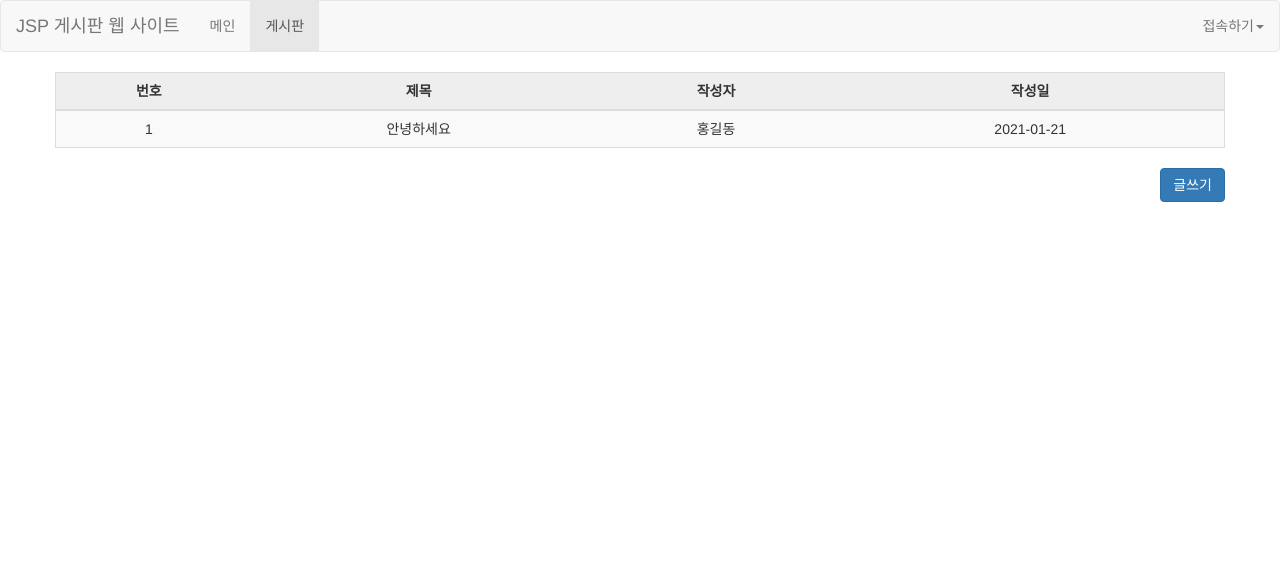
Repository: JoYuKang/Clone_Code
Page: http://localhost/BBS/view.jsp
The author's editor kept a copy of each file at every save. The page is drawn from the files as they stood at one save, then again after the next save.
The browser window is 1280 px wide. The pictures show the whole page.
Some web libraries are served in a nearby version. The page is served by Tomcat 9. Other server files are loaded and not shown.

Above is the page before, as saved 2021-01-22 04:28:40.

### 게시판/project/BBS/WebContent/view.jsp
<%@ page language="java" contentType="text/html; charset=UTF-8"
	pageEncoding="UTF-8"%>
<%@ page import = "java.io.PrintWriter" %>
<!DOCTYPE html>
<html>
<head>
<meta http-equiv="Cotent-type" content="text/html" ; charset="UTF-8">
<meta name="viewport" content="width=device-width" , initial-scale="1">
<link rel="stylesheet" href="css/bootstrap.css">
<title>JSP 웹 게시판</title>
</head>
<body>
	<%
		String userID= null;
			if(session.getAttribute("userID")!=null){
				userID= (String) session.getAttribute("userID");
			}
	%>
	<nav class="navbar navbar-default">
		<div class="navbar-header">
			<button type="button" class="navbar-toggle collapsed"
				data-toggle="collapse" data-target="#bs-example-navbar-collapse-1"
				aria-expanded="false">
				<span class="icon-bar"></span> <span class="icon-bar"></span> <span
					class="icon-bar"></span>
			</button>
			<a class="navbar-brand" href="main.jsp">JSP 게시판 웹 사이트</a>
		</div>
		<div class="collapse navbar-collapse"
			id="bs-example-navbar-collapse-1">
			<ul class="nav navbar-nav">
				<li><a href="main.jsp">메인</a></li>
				<li class="active"><a href="bbs.jsp">게시판</a></li>
			</ul>
			<%
				if(userID==null){
			%>
			<ul class="nav navbar-nav navbar-right">
				<li class="dropdown"><a href="#" class="dropdown-toggle"
					data-toggle="dropdown" role="button" aria-haspopup="true"
					aria-expanded="false">접속하기<span class="caret"></span></a>
					<ul class="dropdown-menu">
						<li><a href="login.jsp">로그인</a></li>
						<li><a href="join.jsp">회원가입</a></li>
					</ul></li>
			</ul>
			<%
				}else{
				%>
				<ul class="nav navbar-nav navbar-right">
				<li class="dropdown"><a href="#" class="dropdown-toggle"
					data-toggle="dropdown" role="button" aria-haspopup="true"
					aria-expanded="false">회원관리<span class="caret"></span></a>
					<ul class="dropdown-menu">
						<li><a href="logoutAction.jsp">로그아웃</a></li>
					</ul></li>
			</ul>
				<%
				}
			%>


		</div>
	</nav>
	<div class="container">
		<div class="row">
			<table class = "table table-striped" style="text-align:center; border: 1px solid #dddddd">
				<thead>
					<tr>
						<th style="background-color: #eeeeee; text-align:center;">번호</th>
						<th style="background-color: #eeeeee; text-align:center;">제목</th>
						<th style="background-color: #eeeeee; text-align:center;">작성자</th>
						<th style="background-color: #eeeeee; text-align:center;">작성일</th>
					</tr>
				</thead>
					<tbody>
						<tr>
							<td>1</td>
							<td>안녕하세요</td>
							<td>홍길동</td>
							<td>2021-01-21</td>
						</tr>
					</tbody>
			</table>
			<a href="write.jsp" class="btn btn-primary pull-right">글쓰기</a>
		</div>
	</div>


	<script src="http://code.jquery.com/jquery-3.1.1.min.js"></script>
	<script src="js/bootstrap.js"></script>
</body>
</html>

Loaded but not shown: 게시판/project/BBS/WebContent/css/bootstrap.css (library); 게시판/project/BBS/WebContent/js/bootstrap.js (library)

After the next save:
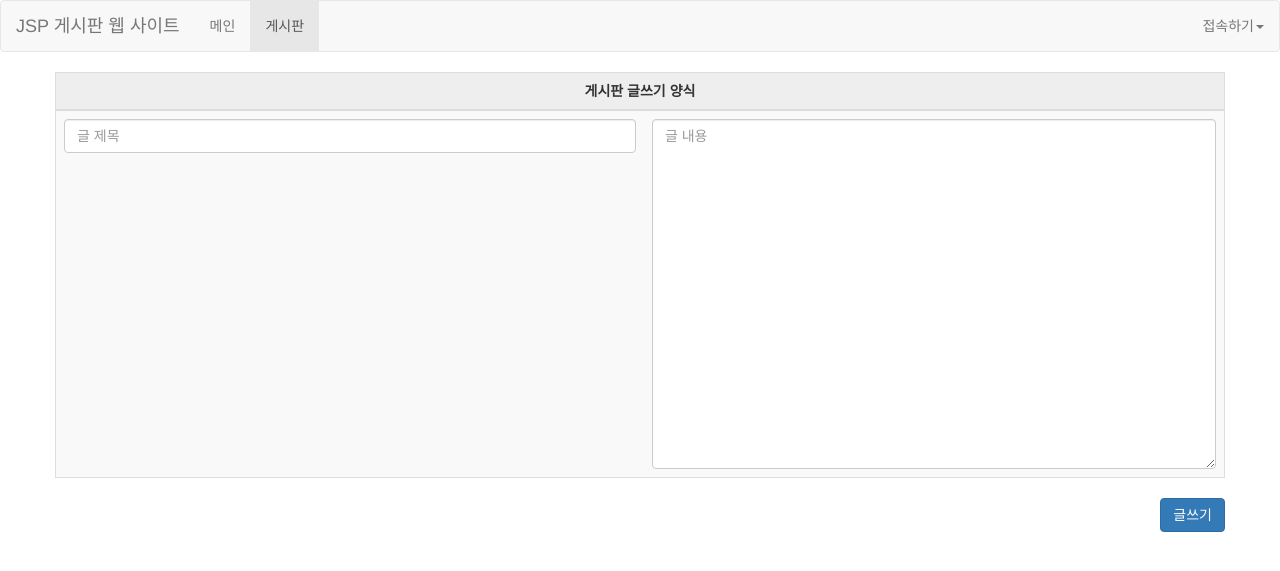
Saved 4 min 36 s later.
--- a/게시판/project/BBS/WebContent/view.jsp
+++ b/게시판/project/BBS/WebContent/view.jsp
@@ -67,18 +67,14 @@
 			<table class = "table table-striped" style="text-align:center; border: 1px solid #dddddd">
 				<thead>
 					<tr>
-						<th style="background-color: #eeeeee; text-align:center;">번호</th>
-						<th style="background-color: #eeeeee; text-align:center;">제목</th>
-						<th style="background-color: #eeeeee; text-align:center;">작성자</th>
-						<th style="background-color: #eeeeee; text-align:center;">작성일</th>
+						<th colspan="2" style="background-color: #eeeeee; text-align:center;">게시판 글쓰기 양식</th>
+
 					</tr>
 				</thead>
 					<tbody>
 						<tr>
-							<td>1</td>
-							<td>안녕하세요</td>
-							<td>홍길동</td>
-							<td>2021-01-21</td>
+							<td><input type="text" class="form-control" placeholder="글 제목" name = "bbsTitle" maxlength="50"></td>
+							<td><textarea type="text" class="form-control" placeholder="글 내용" name = "bbsContent" maxlength="2048" style="height:350px;"></textarea></td>
 						</tr>
 					</tbody>
 			</table>
